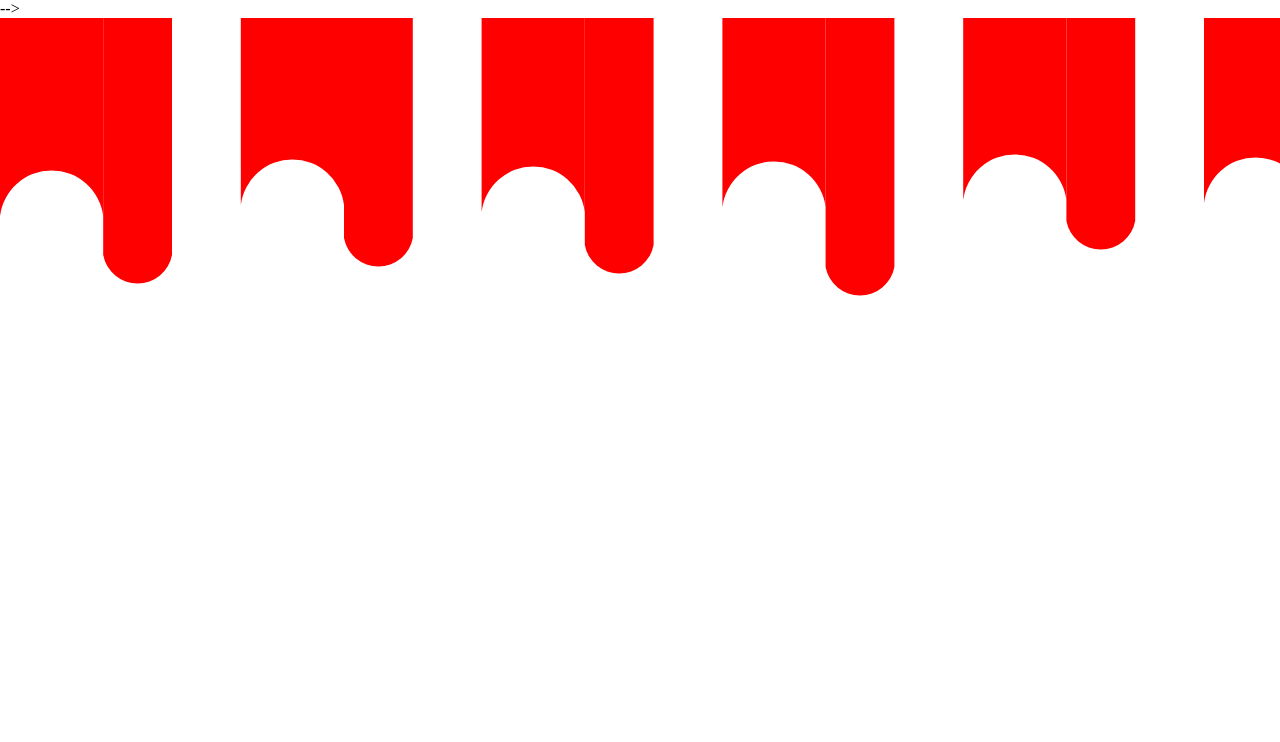
Repository: l-ollie/drip
Page: index.html
An editor plug-in stored every save of this project. The page is shown before and after the next save, followed by the edit.
The browser window is 1280 px wide. The pictures show the whole page.

Above is the page before, as saved 2022-06-30 17:06:37.

### index.html
<!DOCTYPE html>
<!--[if lt IE 7]>      <html class="no-js lt-ie9 lt-ie8 lt-ie7"> <![endif]-->
<!--[if IE 7]>         <html class="no-js lt-ie9 lt-ie8"> <![endif]-->
<!--[if IE 8]>         <html class="no-js lt-ie9"> <![endif]-->
<!--[if gt IE 8]>      <html class="no-js"> <!--<![endif]-->
<html>
    <head>
        <meta charset="utf-8">
        <meta http-equiv="X-UA-Compatible" content="IE=edge">
        <title>Drip</title>
        <meta name="description" content="">
        <meta name="viewport" content="width=device-width, initial-scale=1">
        <link rel="stylesheet" href="assets/style.css">
    </head>
    <body>
        <!--[if lt IE 7]>
            <p class="browsehappy">You are using an <strong>outdated</strong> browser. Please <a href="#">upgrade your browser</a> to improve your experience.</p>
        <![endif]-->
        <div id="container">
            <!-- <svg width="100%" height="100%" xmlns="http://www.w3.org/2000/svg">
                <style>


                    .point-cursor { cursor: pointer; } /* specific elements */
                  </style>

                <path id="drip1"   class="point-cursor" d="M 0 0 v 100 a 50 50 1 0 0 100 0 v -100 Z"  fill="red">
                    <animate

                    id="dripAnim1"
                    attributeName="d"
                    dur="0.5"
                    type="translate"
                    begin="indefinite; "
                    repeatCount="1"
                    calcMode="spline"
                    keySplines=".21,.3,.01,.98"
                    values="M 0 0 v 100 a 50 50 1 0 0 100 0 v -100 Z ; M 0 0 v 100 a 50 50 1 0 0 100 0 v -100 Z"
                    />
                </path>



                <path id="ball1" d="M 100 0 v 100 a 50 50 0 0 1 100 0 v -100 Z"  fill="red">
                <animate
                id="anim1"
                attributeName="d"
                from="M 100 0 v 100 a 50 50 0 0 1 100 0 v -100 Z"
                to="M 100 0 v 200 a 50 50 0 0 1 100 0 v -200 Z"
                dur="1"
                type="translate"
                begin="0s; "
                repeatCount="1"
                fill="freeze"
                calcMode="spline"
                keySplines="0.4 0 0.2 1"
                values="
                M 100 0 v 200 a 50 50 0 0 1 100 0 v -200 Z
                ;
                M 100 0 v 100 a 50 50 0 0 1 100 0 v -100 Z
                "
                />
                <!-- <animate
                id="anim2"
                attributeName="d"
                from="M 100 0 v 200
                a 50 50 0 0 1 100 0
                v -200 Z"
                to="M 100 0 v 100
                a 50 50 0 0 1 100 0
                v -100 Z"
                dur="1"
                type="translate"
                begin="anim1.end"
                easing="ease-in-out"
                /> -->
                </path>

              </svg> -->
        </div>

        <script src="drip.js" async defer></script>
    </body>
</html>

### assets/style.css
body{
    margin: 0px;
}

#container{
    height: 100vh;
}

.point-cursor { cursor: pointer; }

### drip.js
// svg.appendChild(r);

function makeSVG() {
	const amount = 15;
	const width = 50;
	const height = 200;
	let currentXPos = 0;

	const svgWidth = Math.ceil(window.innerWidth / amount);

	let svgElement = document.createElementNS('http://www.w3.org/2000/svg', 'svg');
	svgElement.setAttributeNS(null, 'width', '100%');
	svgElement.setAttributeNS(null, 'height', '100%');

	for (let i = 0; i < amount; i++) {
		svgElement.appendChild(lowDrip(svgWidth, height, i));
	}
	document.getElementById('container').appendChild(svgElement);

	////////////////////////////////
	function lowDrip(width, height, i) {
		const dripLow = '1 0 0';
		const dripHigh = '0 0 1';
		let isLow;
		let arc;
		const idNames = [ 'drip', 'curve' ];
		let idName;
		const random = Math.random() * 50;

		if (i % 2 !== 0) {
			isLow = true;
			arc = dripLow;
			width *= 0.8;
			height = Math.ceil(height + random);
		} else {
			isLow = false;
			arc = dripHigh;
			width *= 1.2;
			height = Math.ceil(height - random);
		}

		function setAttributeNSForSvg(createElement, attributes, isPath) {
			let _svg = document.createElementNS('http://www.w3.org/2000/svg', createElement);
			const halfWidth = Math.ceil(width / 2);
			const _singlePath = `M ${currentXPos} 0 v ${height} a ${halfWidth} ${halfWidth} ${arc} ${width} 0 v -${height} Z`;

			for (let y = 0; y < attributes.length; y++) {
				_svg.setAttributeNS(null, attributes[y][0], attributes[y][1]);
			}
			currentXPos += width;
			console.log(`currentXPos=${currentXPos} width=${halfWidth}`);
			if (isPath) {
				_svg.setAttributeNS(null, 'd', `${_singlePath}`);
				return _svg;
			} else {
				_svg.setAttributeNS(null, 'values', `${_singlePath} ; ${_singlePath}`);

				return _svg;
			}
		}

		const attributesDripPath = [ [ 'id', `${isLow ? idNames[0] : idNames[1]}${i}` ], [ 'fill', 'red' ] ];
		let _path = setAttributeNSForSvg('path', attributesDripPath, true);
		// if (isLow) console.log('adding cursur to ' + `${_path.getAttributeNS(null, 'id')}`);

		if (isLow === false) {
			return _path;
		} else {
			_path.setAttributeNS(null, 'class', 'point-cursor');
			const attributesDripAnim = [
				[ 'id', `dripAnim${i}` ],
				[ 'attributeName', 'd' ],
				[ 'dur', '0.5' ],
				[ 'type', 'translate' ],
				[ 'begin', 'indefinite; ' ],
				[ 'repeatCount', '1' ],
				[ 'calcMode', 'spline' ],
				[ 'keySplines', '.21,.3,.01,.98' ]
			];
			let _anim = setAttributeNSForSvg('animate', attributesDripAnim, false);
			_path.appendChild(_anim);

			return _path;
		}
	}
}

makeSVG();
window.onresize = makeSVG;

container.onmousedown = function(e) {
	const dripIDRegex = /drip/;
	let el = e.target.correspondingUseElement ? e.target.correspondingUseElement : e.target;
	const elementId = el.getAttributeNS(null, 'id');
	const dripName = dripIDRegex.exec(elementId);
	// console.log(dripIDRegex.exec(elementId));
	if (dripName === null) {
		return;
	}
	document.addEventListener('mousemove', onMouseMove);
	const dripNum = /[0-9]+/.exec(elementId);
	const clickBeginYPos = e.pageY;
	let dragLength = 0;
	let pathD = el.getAttribute('d');

	function onMouseMove(e) {
		dragLength = e.pageY - clickBeginYPos;
		el.setAttributeNS(null, 'd', addLength(pathD, dragLength));
	}

	function addLength(oldLength, dragLength) {
		const regex = /v+ +[0-9]+|v+ +-+[0-9]+/g;
		const drippingPoints = oldLength.match(regex);
		const drippingLength = Number(/[0-9]+/.exec(drippingPoints[0]));
		let newDrippingPoints = oldLength.replace(drippingPoints[0], `v ${drippingLength + dragLength}`);
		newDrippingPoints = newDrippingPoints.replace(drippingPoints[1], `v -${drippingLength + dragLength}`);
		return newDrippingPoints;
	}

	onmouseup = function() {
		document.removeEventListener('mousemove', onMouseMove);
		container.onmouseup = null;
		changeAnimation();
	};
	function changeAnimation() {
		console.log('changeAnim');
		if (dragLength === 0) {
			return;
		}
		const animId = Number(/[0-9]+/.exec(elementId));

		const regexPath = /M+ +[0-9]+ +[0-9]+ +v+ +[0-9]+ +a+ +[0-9]+ +[0-9]+ +[0-9]+ +[0-9]+ +[0-9]+ +[0-9]+ +[0-9]+ +v+ +-+[0-9]+ +Z/g;
		let svgAnimation = document.getElementById(`dripAnim${animId}`);
		const valuesProp = svgAnimation.getAttributeNS(null, 'values');
		let value;
		let values = [];

		while ((value = regexPath.exec(valuesProp)) !== null) {
			values.push(value[0]);
		}

		const changedValue = valuesProp.replace(values[0], `${addLength(values[1], dragLength)}`);
		svgAnimation.setAttributeNS(null, 'values', changedValue);
		svgAnimation.beginElement();
		el.setAttributeNS(null, 'd', pathD);
		dragLength = 0;
	}
};

After the next save:
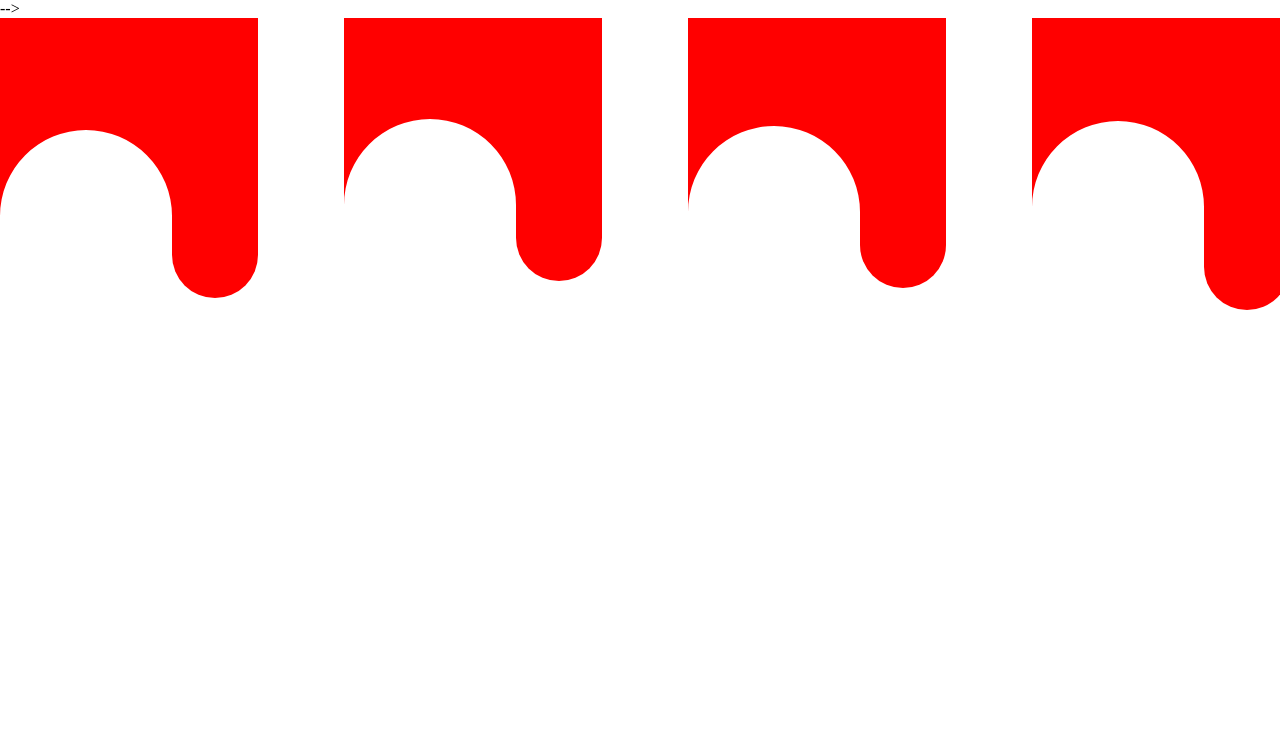
Saved 57 s later.
--- a/drip.js
+++ b/drip.js
@@ -30,12 +30,12 @@ function makeSVG() {
 		if (i % 2 !== 0) {
 			isLow = true;
 			arc = dripLow;
-			width *= 0.8;
+			width *= Math.ceil(0.8);
 			height = Math.ceil(height + random);
 		} else {
 			isLow = false;
 			arc = dripHigh;
-			width *= 1.2;
+			width *= Math.ceil(1.2);
 			height = Math.ceil(height - random);
 		}
 
@@ -48,7 +48,7 @@ function makeSVG() {
 				_svg.setAttributeNS(null, attributes[y][0], attributes[y][1]);
 			}
 			currentXPos += width;
-			console.log(`currentXPos=${currentXPos} width=${halfWidth}`);
+			console.log(`currentXPos=${currentXPos} width=${width}`);
 			if (isPath) {
 				_svg.setAttributeNS(null, 'd', `${_singlePath}`);
 				return _svg;
